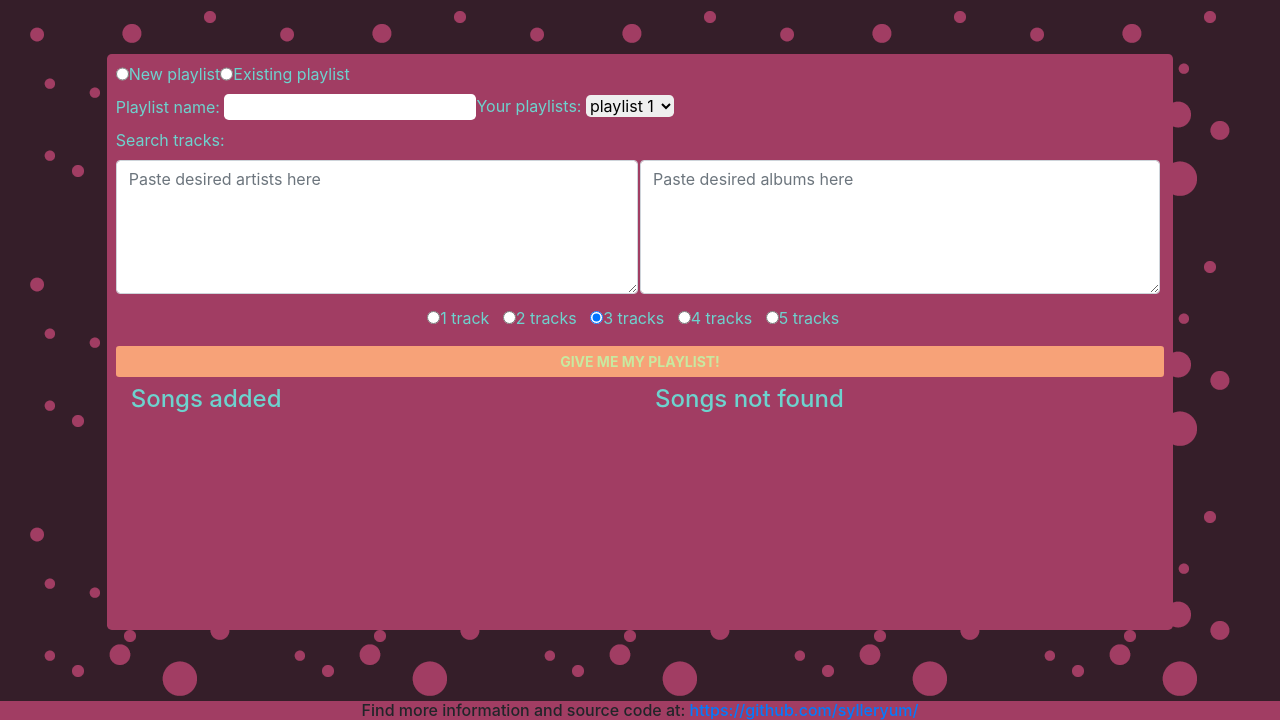
Repository: sylleryum/Frontend
Page: GetTopTracks/index.html
These files come from the project's save history. The page is drawn as it stood at one moment and after the next save; the edit follows.
The browser window is 1280 px wide. The pictures show the whole page.

Above is the page before, as saved 2019-10-13 17:56:58.

After the next save:
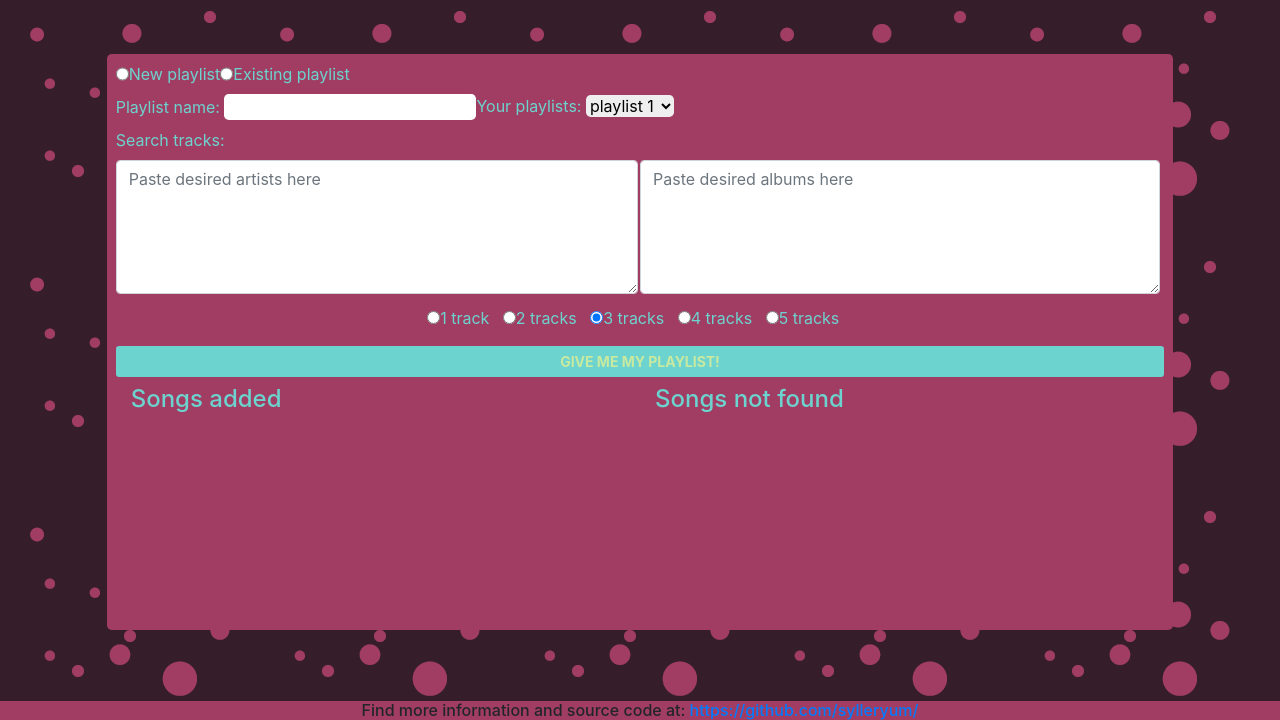
Saved 6 s later.
--- a/GetTopTracks/index.html
+++ b/GetTopTracks/index.html
@@ -69,7 +69,7 @@
                               <label><input type="radio" id="rAmount5" name="playlistRadio" value="rAmount4" onchange="">5 tracks&nbsp;&nbsp;&nbsp;</label>
                          </div>
                          <div class="row main-go pb-2 justify-content-center ">
-                              <button type="submit" class="btn bg-3 btn-sm btn-block text-uppercase font-weight-bold text-2" id="submit-button">
+                              <button type="submit" class="btn bg-1 btn-sm btn-block text-uppercase font-weight-bold text-2" id="submit-button">
                                    Give me my playlist!
                               </button>
                          </div>
